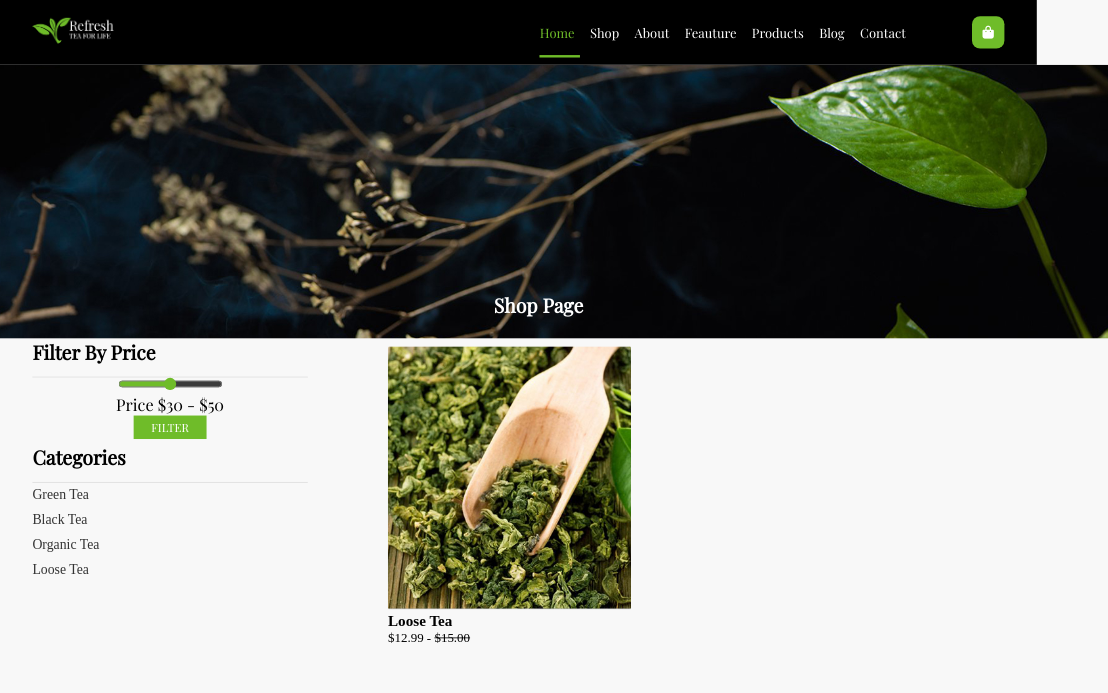
Repository: 52hzwhaleblue/school_teashop
Page: shop.html
These files come from the project's save history. The page is drawn as it stood at one moment and after the next save; the edit follows.
The browser window is 1280 px wide. The page is 1368 px wide, so the pictures cover 1368 px, including what lies to the right of the window. The pictures show the whole page, at 81% of full size.
Some web libraries are served in a nearby version.

Above is the page before, as saved 2022-04-29 18:25:08.

After the next save:
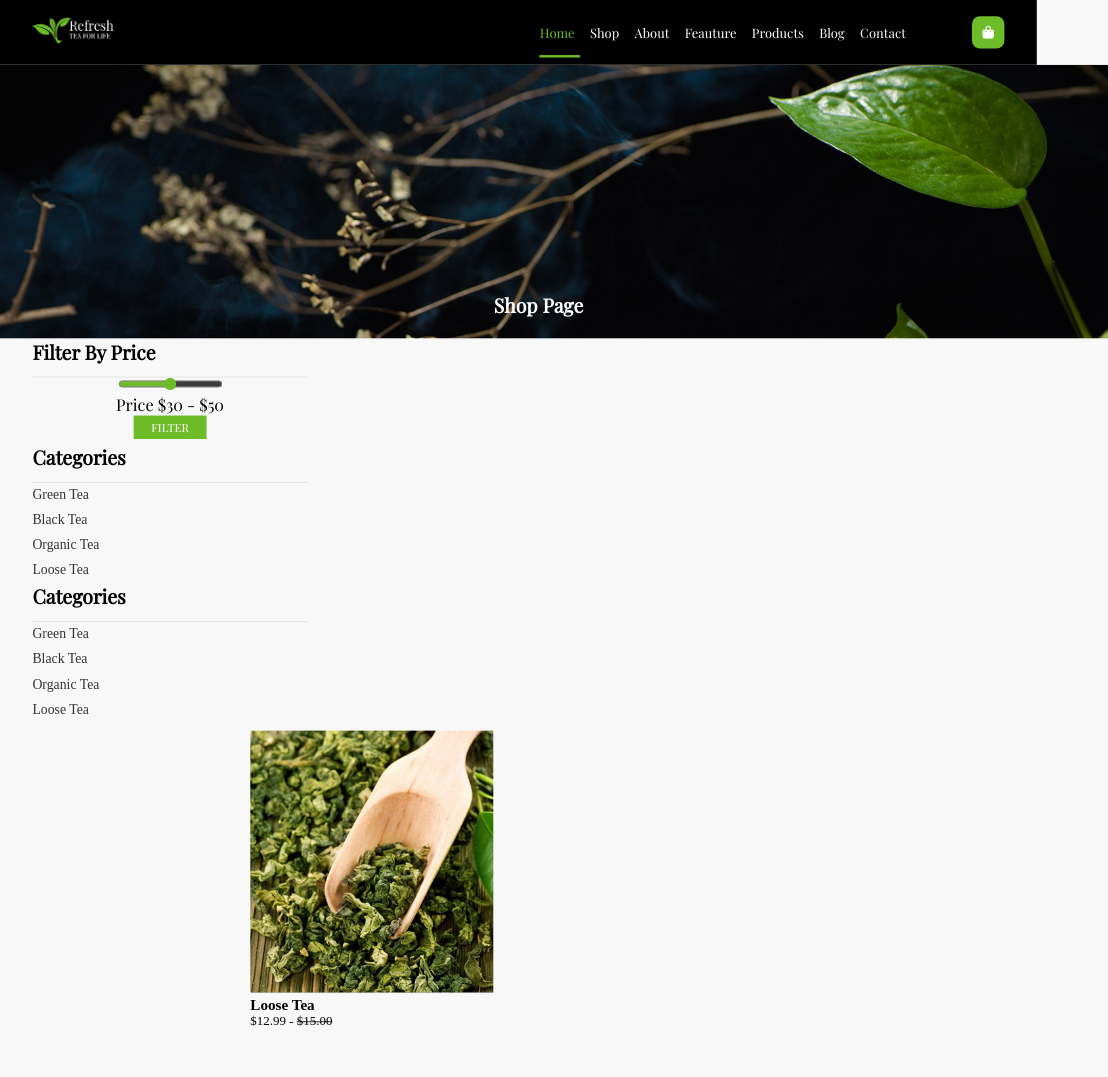
Saved 2 min 11 s later.
--- a/shop.html
+++ b/shop.html
@@ -103,6 +103,18 @@
                             </ul>
                         </div>
                     </div>
+                    <div class="box-catory">
+                        <h2>Categories</h2>
+                    </div>
+                    <div class="category">
+                        <ul>
+                           <li><a href="">Green Tea</a></li>
+                           <li><a href="">Black Tea</a></li>
+                           <li><a href="">Organic Tea</a></li>
+                           <li><a href="">Loose Tea</a></li>
+                        </ul>
+                    </div>
+                </div>
                 </div>
 
                 <!-- shop-product -->
